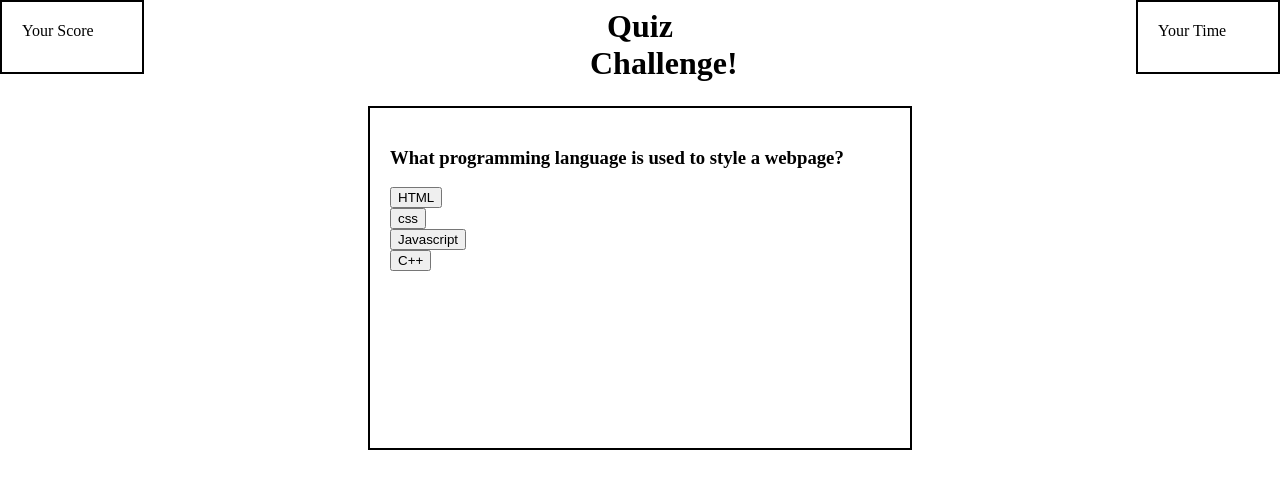
Repository: s88leigh/Quiz-Challenge
Page: index.html
These files come from the project's save history. The page is drawn as it stood at one moment and after a run of saves; the edit follows.
The browser window is 1280 px wide. The pictures show the whole page.

Above is the page before, as saved 2019-10-19 20:56:38.

### index.html
<!DOCTYPE html>
<html lang="en">

<head>
    <meta charset="UTF-8">
    <meta name="viewport" content="width=device-width, initial-scale=1.0">
    <meta http-equiv="X-UA-Compatible" content="ie=edge">
    <link rel="stylesheet" type="text/css" href="style.css">
    <title>Quiz</title>


</head>

<body>
    <div id="scoreBox">Your Score</div>

    <h1 id="title">Quiz Challenge!</h1>
    <br>
    <div id="question-box">

        <h3 id="question">question</h3>
        <div id="answers"></div>

    </div>

    <div id="timer-box">Your Time</div>



    <script src="./script.js"></script>


</body>

</html>

### style.css
#scoreBox {
  width: 100px;
  height: 30px;
  padding: 20px;
  margin: auto;
  position: absolute;
    left: 0;
    top: 0;
  border: 2px solid black;
  text-align: center, top;

}

#title {
    width: 100px;
    height: 50px;
    margin: auto;
    margin-bottom: 30px;
    text-align: center;
}

#question-box {
    width: 500px;
    height:300px;
    padding: 20px;
    margin: auto;
    border: 2px solid black;
}

#timer-box {
  width: 100px;
  height: 30px;
  padding: 20px;
  margin: auto;
  position: absolute;
    right: 0;
    top: 0;
  border: 2px solid black;

}

### script.js
// var btn1 = document.getElementById("btn1");
// var btn2 = document.getElementById("btn2");
// var btn3 = document.getElementById("btn3");
// var btn4 = document.getElementById("btn4");
var currQuestionDiv = document.getElementById("question");
var answersDiv = document.getElementById("answers");

var questions = [
    {
        questionText: "What programming language is used to style a webpage?",
        choices: ["HTML", "css", "Javascript", "C++"],
        answer: "css"
    },
    {
        questionText: "Which one is a DOM element?",
        choices: ["Attribute", "String", "addEventListener", "Number"],
        answer: "addEventListener"
    },
    {
        questionText: "Which is a DOM attribute?",
        choices: ["value", "onClick", "Children", "Class"],
        answer: "value"
    },
    {
        questionText: "What is the standard markup language for web pages?",
        choices: ["Python", "JAVA", "C++", "HTML"],
        answer: "HTML"
    },
    {
        questionText: "What is the first child of an HTML element?",
        choices: ["head", "body", "div", "footer"],
        answer: "head"
    }
];



var counter = 0;
var questIndex = 0;
var seconds
var timerInterval;

function startTimer(){
    clearInterval(timerInterval);
    seconds = 0;
    timerInterval = setInterval(function(){
        console.log(seconds, timerInterval);
        seconds++;
        // if(seconds ===){
        //     clearInterval(timerInterval);
        //     questIndex++;
            if(questIndex > questions.length){
                clearInterval(timerInterval);
                questionText();
            }
        }
    , 1000);

}
function questionText() {
    startTimer();

    var currentQuestion = questions[questIndex];
    currQuestionDiv.innerText = currentQuestion.questionText;

    answersDiv.innerHTML = "";
    for (var i = 0; i < currentQuestion.choices.length; i++) {
        var button = document.createElement("button");
        var newline = document.createElement("br");

        button.innerText = currentQuestion.choices[i];
        button.onclick = clickButton;
        button.setAttribute("value", currentQuestion.choices[i])

        answersDiv.appendChild(button)
        answersDiv.appendChild(newline)
    }
};

function clickButton() {
    var choice = this.value;

    if(choice === questions[questIndex].answer){
        alert("Correct");
        questIndex++;
        counter = counter + 1;
        alert ("yay, you've got  "  + counter+"/ 5" + "right!");

        questionText();

    } else {
        alert("Incorrect!")
        questIndex++;
        questionText();
    }

}

questionText()

After the next 2 saves:
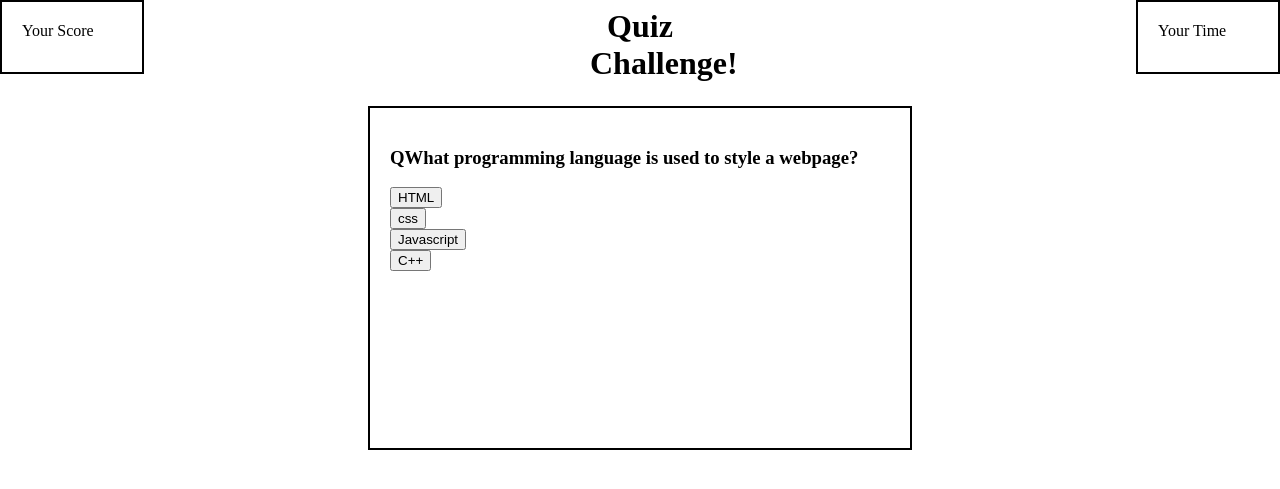
The 2 saves are shown as one change because they came seconds apart.
The last was saved 118 s later.
--- a/script.js
+++ b/script.js
@@ -7,7 +7,7 @@ var answersDiv = document.getElementById("answers");
 
 var questions = [
     {
-        questionText: "What programming language is used to style a webpage?",
+        questionText: "QWhat programming language is used to style a webpage?",
         choices: ["HTML", "css", "Javascript", "C++"],
         answer: "css"
     },
